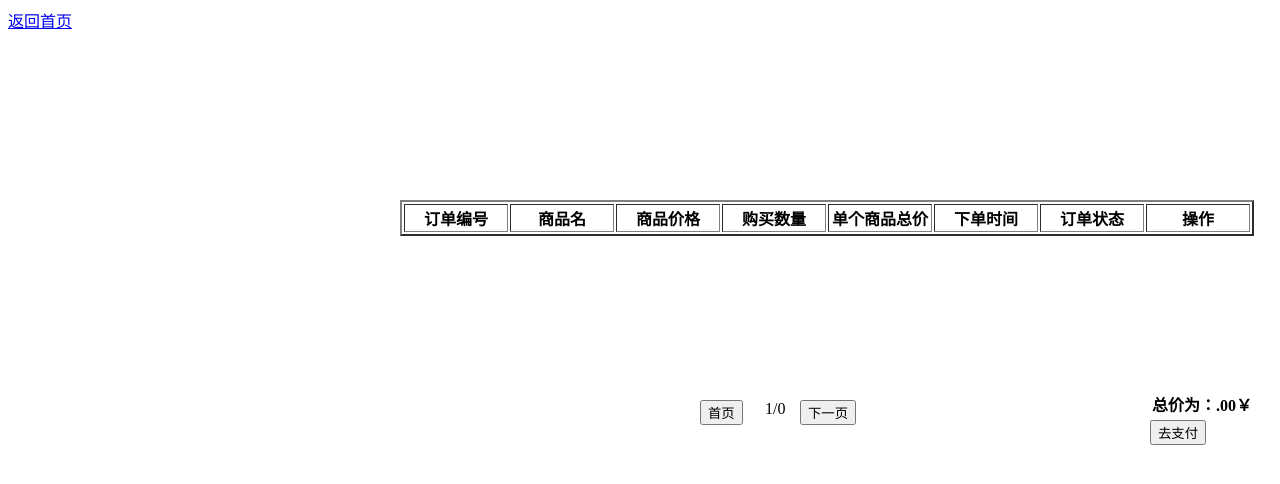
Repository: Gale-student/Gale-student.github.io
Page: http://localhost/weshop/OrdersDetailUnpaidQueryServlet
The author's editor kept a copy of each file at every save. The page is drawn from the files as they stood at one save, then again after the next save.
The browser window is 1280 px wide. The pictures show the whole page.
The page is served by Tomcat 9. Queries for data that is not in the repository find no rows.

Above is the page before, as saved 2022-10-05 13:20:12.

After the next save:
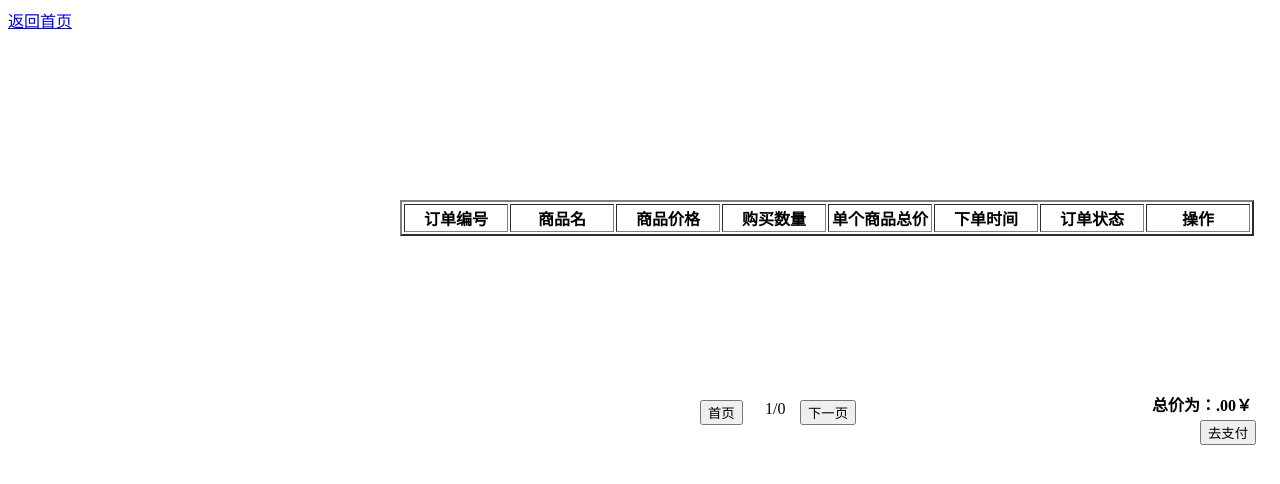
Saved 12 s later.
--- a/WeShop/weshop/WebRoot/WEB-INF/jsp/OrdersUnpaidQueryOfUser.jsp
+++ b/WeShop/weshop/WebRoot/WEB-INF/jsp/OrdersUnpaidQueryOfUser.jsp
@@ -92,7 +92,7 @@ String basePath = request.getScheme()+"://"+request.getServerName()+":"+request.
     </div>
     <label style="position: absolute; left: 1150px; top: 390px;border: 2px solid white; font-weight: bolder;">总价为：<%=totalPrice %>.00￥</label>
     <form action="" method="post">
-        <input style="position: absolute; left: 1150px; top: 420px;" type="submit" value="去支付">
+        <input style="position: absolute; left: 1200px; top: 420px;" type="submit" value="去支付">
     </form>
   </body>
 </html>
